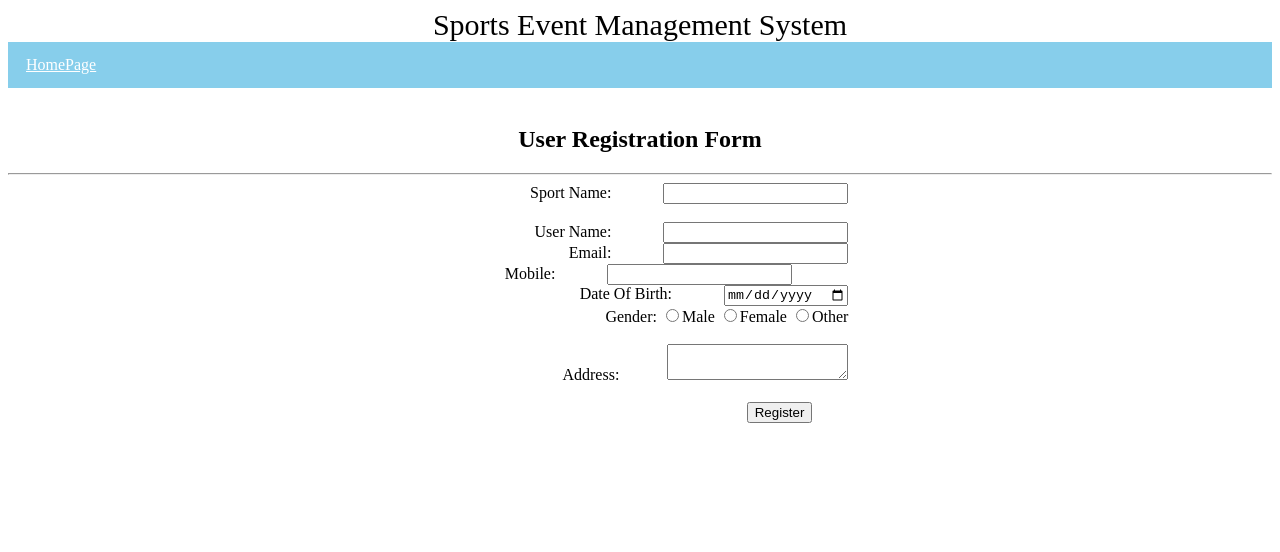
Repository: svrm1014/sportseventmanagement
Page: http://localhost/sportsmanagement/WEB-INF/views/registrationform.jsp
The author's editor kept a copy of each file at every save. The page is drawn from the files as they stood at one save, then again after the next save.
The browser window is 1280 px wide. The pictures show the whole page.
The page is served by Tomcat 9. Nobody is signed in. The template is opened directly, without the code that normally fills it, so the values that code supplies are empty.

Above is the page before, as saved 2021-05-11 18:26:03.

After the next save:
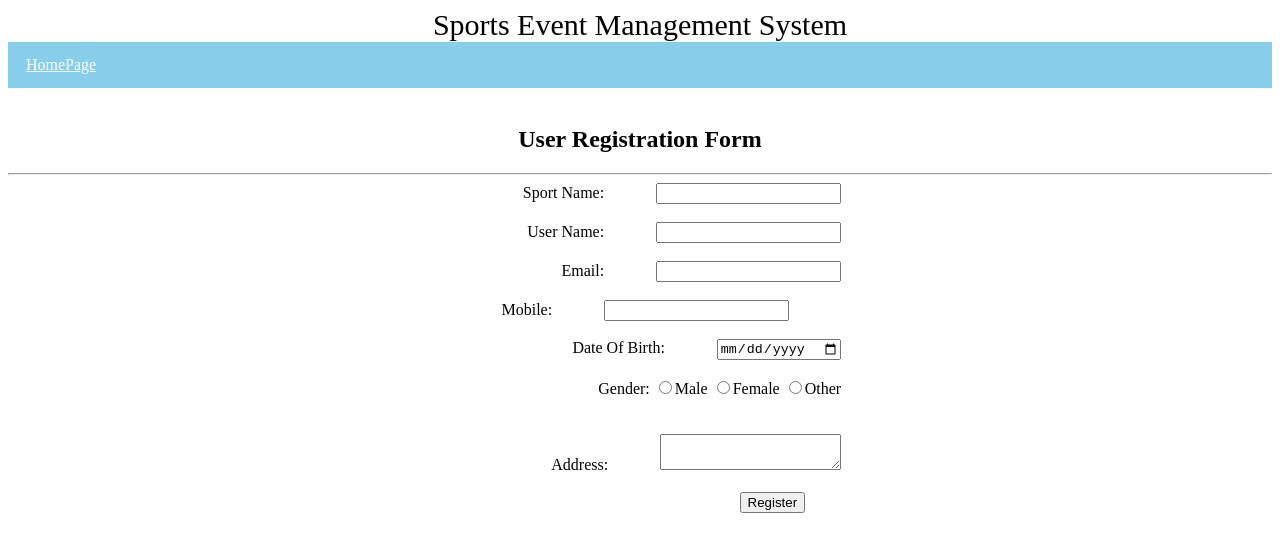
Saved 2 min 28 s later.
--- a/sportsmanagement/src/main/webapp/WEB-INF/views/registrationform.jsp
+++ b/sportsmanagement/src/main/webapp/WEB-INF/views/registrationform.jsp
@@ -58,24 +58,29 @@ form {
             <form:label path="username">User Name:</form:label>
             <form:input path="username" />
 			<br />
-			 <form:label path="email">Email:</form:label>
+			<br />
+			<form:label path="email">Email:</form:label>
             <form:input type="email"  path="email" />
+			<br />
 			<br />
 			<form:label path="mobile">Mobile:</form:label>
             <form:input path="mobile" />
-             <br />
+            <br />
+			<br />
             <form:label path="dob" placeholder="MM/DD/YYYY" >Date Of Birth:</form:label>
             <form:input type ="date" path="dob" class="dob" name="dob" pattern="MM/DD/YYYY" />
+			<br />
 			<br />
             <form:label path="gender">Gender:</form:label>
 			<form:radiobutton path="gender" value="Male"/>Male
             <form:radiobutton path="gender" value="Female"/>Female
             <form:radiobutton path="gender" value="Male"/>Other<br/>
- 			 <br />
+ 			<br />
+			<br />
             <form:label path="address">Address:</form:label>
-           <form:textarea path="address" />
+            <form:textarea path="address" />
 			<br />
-             <br />
+            <br />
             <form:button>Register</form:button>
         </form:form>
 
